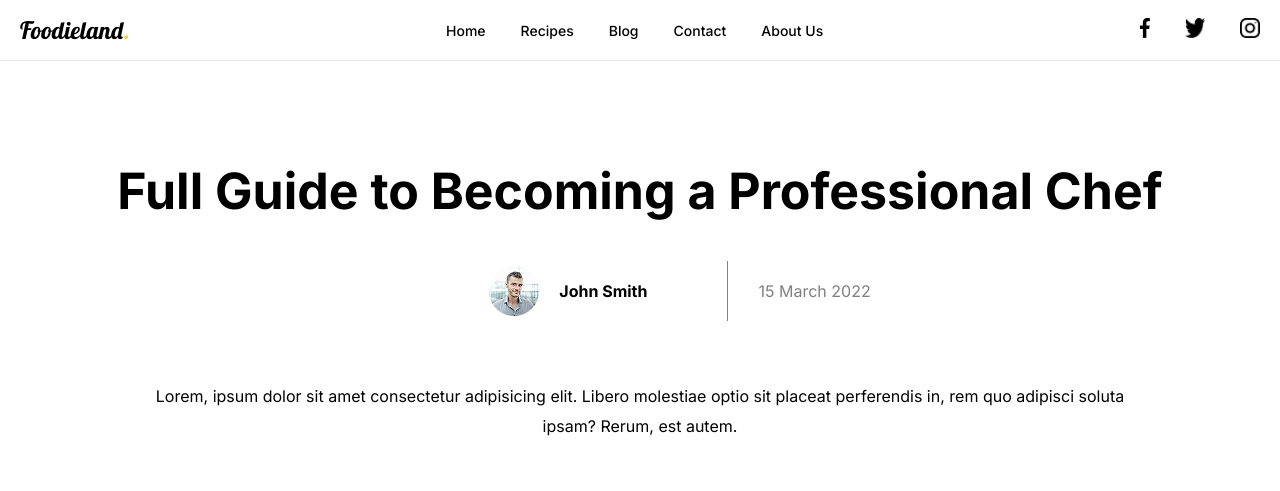
Repository: SolomonChinonso/Advanced-html-and-css-project
Page: blog.html
The author's editor kept a copy of each file at every save. The page is drawn from the files as they stood at one save, then again after the next save.
The browser window is 1280 px wide. The pictures show the part of the page from y = 0 to 491 px (the page is 2774 px tall before and 2914 px after).
Pictures or frames that could not be fetched are drawn as grey boxes.

Above is the page before, as saved 2026-04-19 01:29:19.

After the next save:
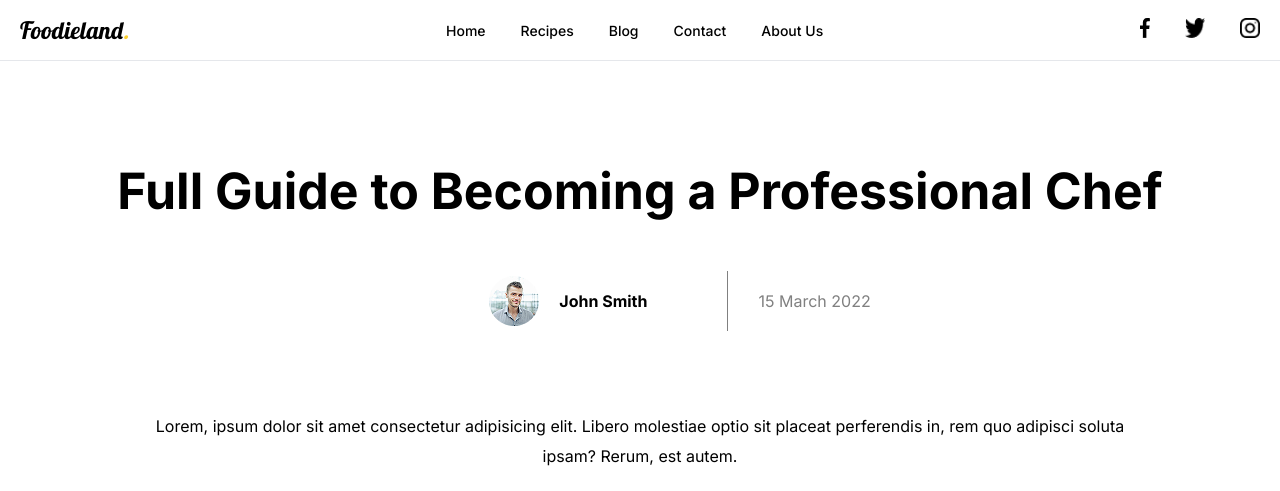
Saved 6 s later.
--- a/style.css
+++ b/style.css
@@ -747,5 +747,5 @@ footer p strong{
 
 }
 .query.h4, p{
-    padding: 20px 0;
-}
+    padding: 30px 0;
+}
